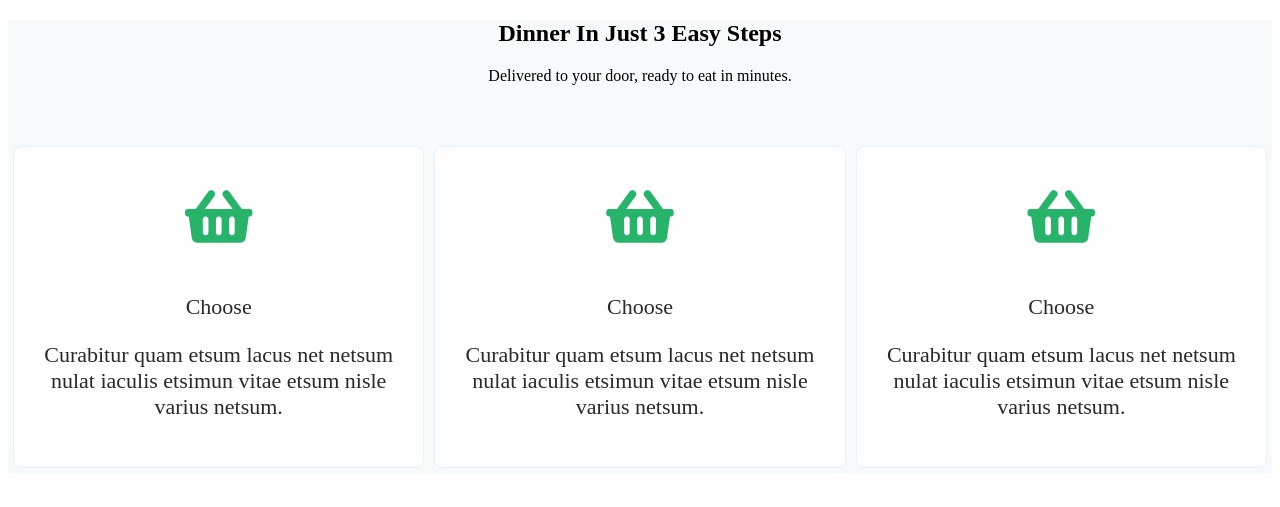
Repository: ST-United-Internship/leadpage
Page: card-UI.html
These files come from the project's save history. The page is drawn as it stood at one moment and after the next save; the edit follows.
The browser window is 1280 px wide. The pictures show the whole page.

Above is the page before, as saved 2023-03-15 15:01:52.

After the next save:
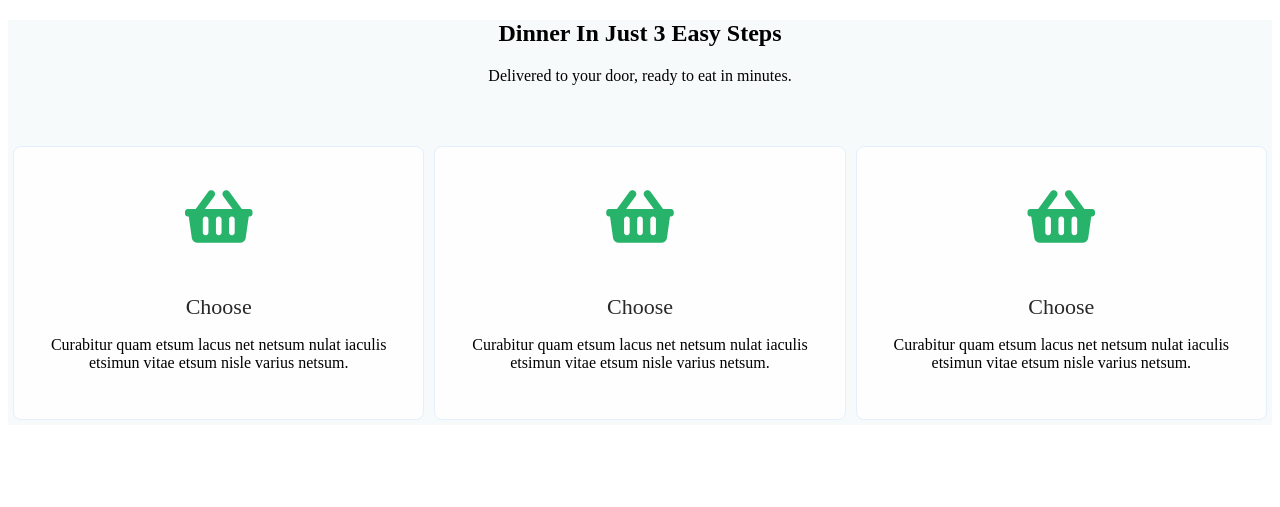
Saved 5 s later.
--- a/css/card-UI.css
+++ b/css/card-UI.css
@@ -66,8 +66,6 @@ section{
 }
 
 .card-UI .about .columm .title-card p{
-    font-size: 22px;
-    font-weight: 500;
-    color: #292929;
-    margin-bottom: 15px;
+    padding: 0 10px;
+    margin-bottom: 15px
 }
